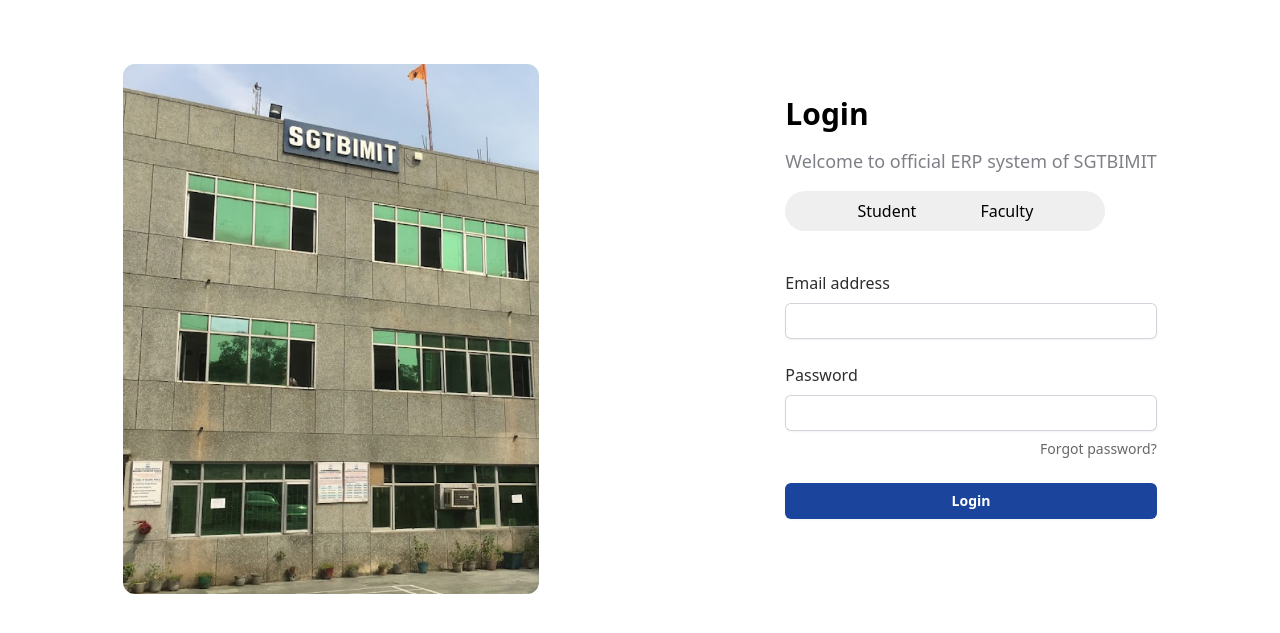
Repository: SehajBindra/SGTBIMIT-ERP-Client
Page: /StudentLogin
An editor plug-in stored every save of this project. The page is shown before and after the next save, followed by the edit.
The browser window is 1280 px wide. The pictures show the whole page.
The project was rebuilt for these pictures with package versions that can differ from the ones it lists, and the page was loaded fresh each time. Also part of the build but not shown: src/LOGIN/Login.js, src/LOGIN/FACULTY/FacultyLogin.js, src/STUDENT_PAGE/StuBody.js, src/STUDENT_PAGE/StuSidebar.js, src/STUDENT_PAGE/StuHeader.js, src/STUDENT_PAGE/StudentHome.js, src/FACULTY_PAGE/FacBody.js, src/FACULTY_PAGE/FacHeader.js and 2 more.

Above is the page before, as saved 2023-05-14 16:26:52.

### src/App.js
import React from 'react';
import { BrowserRouter as Router, Routes, Route } from "react-router-dom";
import './App.css';
import Login from './LOGIN/Login';
import StudentLogin from './LOGIN/STUDENT/StudentLogin';
import FacultyLogin from './LOGIN/FACULTY/FacultyLogin';
import StuBody from './STUDENT_PAGE/StuBody';
import StudentHome from './STUDENT_PAGE/StudentHome';
import StuSidebar from './STUDENT_PAGE/StuSidebar';
import StuHeader from './STUDENT_PAGE/StuHeader';
import FacBody from './FACULTY_PAGE/FacBody';
import FacHeader from './FACULTY_PAGE/FacHeader';
import FacSidebar from './FACULTY_PAGE/FacSidebar';
import FacultyHome from './FACULTY_PAGE/FacultyHome';
function App() {
  return (
    <div className="App">
      <Router>
        <Routes>
        <Route exact path="/" element={<Login />}></Route>
        <Route exact path="StudentLogin" element={<StudentLogin/>}></Route>
        <Route exact path="FacultyLogin" element={<FacultyLogin/>}></Route>
        <Route exact path="StuBody" element={<StuBody/>}></Route>
        <Route exact path="StuSidebar" element={<StuSidebar/>}></Route>
        <Route exact path="StuHeader" element={<StuHeader/>}></Route>
        <Route exact path="StudentHome" element={<StudentHome/>}></Route>
        <Route exact path="FacBody" element={<FacBody/>}></Route>
        <Route exact path="FacHeader" element={<FacHeader/>}></Route>
        <Route exact path="FacSidebar" element={<FacSidebar/>}></Route>
        <Route exact path="FacultyHome" element={<FacultyHome/>}></Route>
        </Routes>
      </Router>
    </div>
  );
}

export default App;

### src/LOGIN/STUDENT/StudentLogin.js
import React, { useEffect, useState } from "react";
import VisibilityIcon from "@mui/icons-material/Visibility";
import VisibilityOffIcon from "@mui/icons-material/VisibilityOff";

const StudentLogin = () => {
  const [translate, setTranslate] = useState(false);
  const [username, setUsername] = useState("");
  const [password, setPassword] = useState("");
  const [showPassword, setShowPassword] = useState(false);
  const [loading] = useState(false);

  useEffect(() => {
    setTimeout(() => {
      setTranslate(true);
    }, 1000);
  }, []);

  return (
    <div className=" flex flex-row h-[530px] my-16 mx-auto max-w-[1536px] ">
      <div className=" flex-col flex mx-auto ">
        <img
          className="hidden md:inline h-[530px] object-cover rounded-xl"
          src="/sgtb.jpg"
          alt="banner_image"
        />
      </div>

      <div className="bg-white text-left flex  mx-auto flex-col my-8">
        <h2 className="text-3xl  font-semibold">Login</h2>
        <p className="text-[#7F8087] text-[18px] my-4">
          Welcome to official ERP system of SGTBIMIT
        </p>

        <div
          className="flex  flex-row items-center  justify-center h-10 text-[#
            1B449C] bg-[#EEEE] max-w-xs  space-x-16 capitalize text-[16px] rounded-[32px]"
        >
          <p>student</p>
          <p className="">faculty</p>
        </div>

        <div>
          <div className="mt-10 text-[16px]  sm:w-full sm:max-w-sm">
            <form className="space-y-6" action="#" method="POST">
              <div>
                <label className="block text-left  font-normal leading-6 text-[#2D2D2D]">
                  Email address
                </label>
                <div className="mt-2">
                  <input
                    id="email"
                    name="email"
                    type="email"
                    autoComplete="email"
                    required
                    className="block w-full rounded-md border-0 py-1.5 text-gray-900 shadow-sm ring-1 ring-inset ring-gray-300 placeholder:text-gray-400 focus:ring-2 focus:ring-inset focus:ring-indigo-600 sm:text-sm sm:leading-6"
                  />
                </div>
              </div>

              <div>
                <div className="flex items-center justify-between">
                  <label
                    htmlFor="password"
                    className="block  font-normal leading-6 text-[#2D2D2D]"
                  >
                    Password
                  </label>
                </div>
                <div className="mt-2">
                  <input
                    id="password"
                    name="password"
                    type="password"
                    autoComplete="current-password"
                    required
                    className="block w-full rounded-md border-0 py-1.5 text-gray-900 shadow-sm ring-1 ring-inset ring-gray-300 placeholder:text-gray-400 focus:ring-2 focus:ring-inset focus:ring-indigo-600 sm:text-sm sm:leading-6"
                  />
                </div>
                <div className="text-sm text-right my-2">
                  <a
                    href="#"
                    className=" font-medium text-black/60 hover:text-black/60"
                  >
                    Forgot password?
                  </a>
                </div>
              </div>

              <div>
                <button
                  type="submit"
                  className="flex w-full justify-center rounded-md bg-[#1B449C] px-3 py-1.5 text-sm font-semibold leading-6 text-white shadow-sm hover:bg-indigo-500 focus-visible:outline focus-visible:outline-2 focus-visible:outline-offset-2 focus-visible:outline-indigo-600"
                >
                  Login
                </button>
              </div>
            </form>
          </div>
        </div>
      </div>
    </div>
  );
};

export default StudentLogin;

### src/LOGIN/Login.css
*{
    margin: 0;
    padding: 0;
}
.display{
    min-height: 100vh;
    width: 100%;
    background-image: url("back.jpg");
    background-repeat: no-repeat;
    background-size: cover;
    background-position: center;
    position: relative;

}

Loaded but not shown: public/index.html (common file); src/index.js (common file); src/index.css (common file); src/App.css (common file); tailwind.config.js (common file)

After the next save:
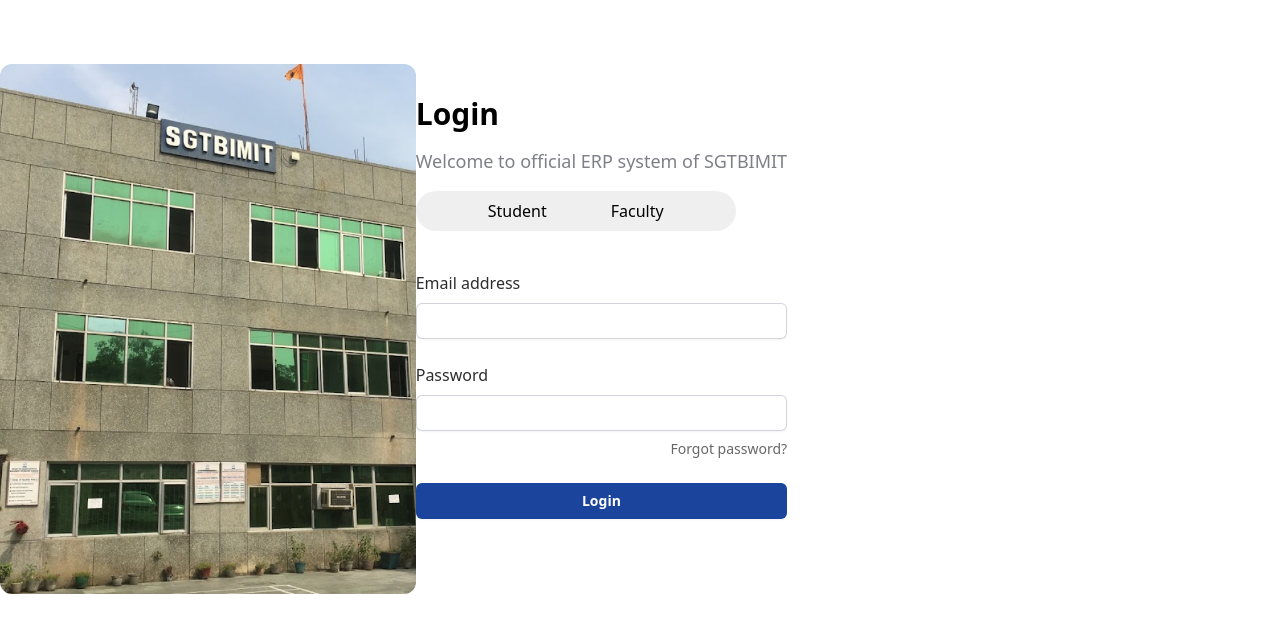
Saved 28 s later.
--- a/src/LOGIN/STUDENT/StudentLogin.js
+++ b/src/LOGIN/STUDENT/StudentLogin.js
@@ -16,8 +16,8 @@
   }, []);
 
   return (
-    <div className=" flex flex-row h-[530px] my-16 mx-auto max-w-[1536px] ">
-      <div className=" flex-col flex mx-auto ">
+    <div className=" flex flex-row h-[530px] my-16 max-w-7xl ">
+      <div className=" flex-col flex  ">
         <img
           className="hidden md:inline h-[530px] object-cover rounded-xl"
           src="/sgtb.jpg"
@@ -25,7 +25,7 @@
         />
       </div>
 
-      <div className="bg-white text-left flex  mx-auto flex-col my-8">
+      <div className="bg-white text-left flex  flex-col my-8">
         <h2 className="text-3xl  font-semibold">Login</h2>
         <p className="text-[#7F8087] text-[18px] my-4">
           Welcome to official ERP system of SGTBIMIT
